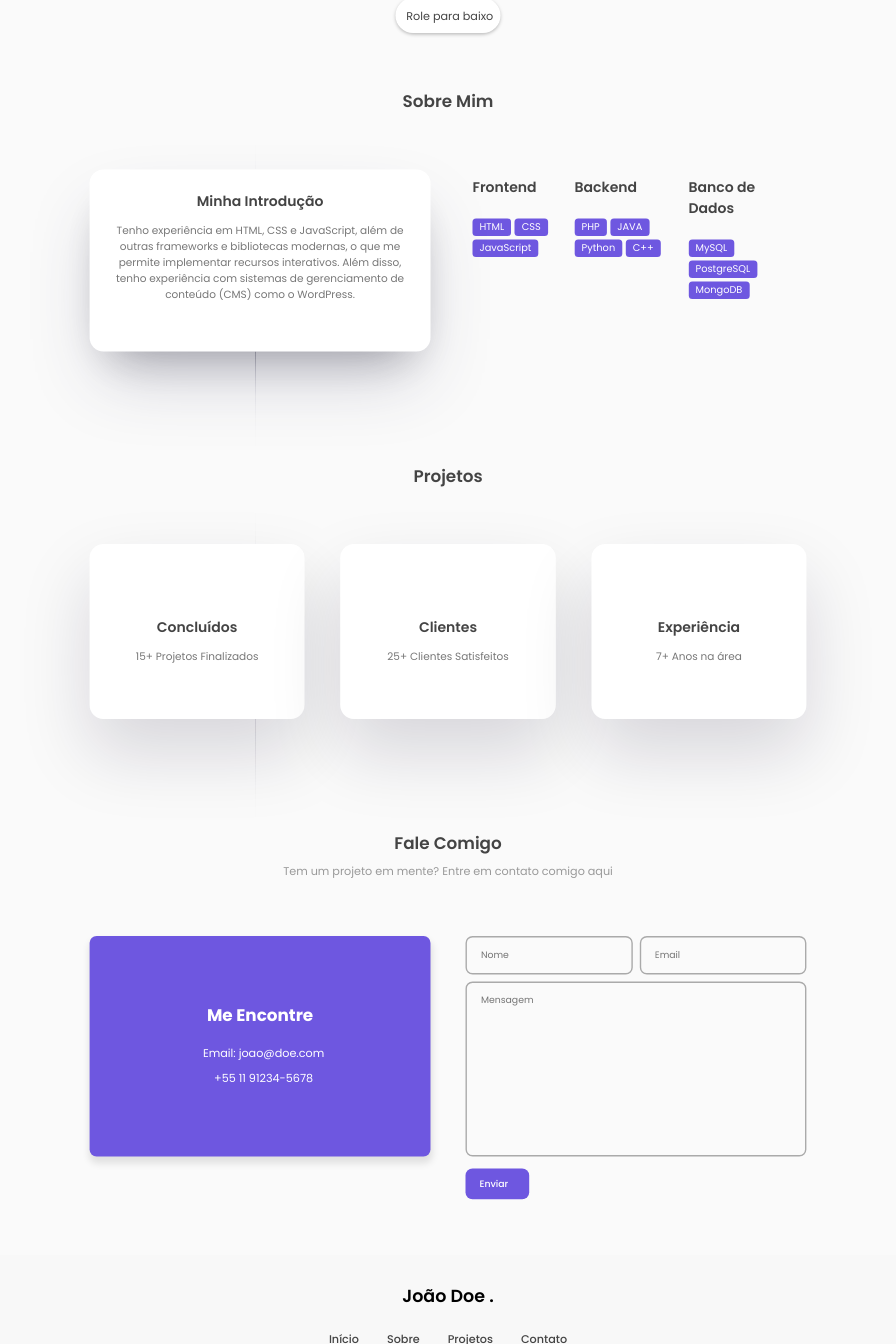
Repository: Matheus904-12/PrePortf
Page: index.html
These files come from the project's save history. The page is drawn as it stood at one moment and after the next save; the edit follows.
The browser window is 1280 px wide. The pictures show the part of the page from y = 673 to 2593 px (the page is 2790 px tall), at 70% of full size.
Some icons come from a web library that is not loaded, so they are not drawn.

Above is the page before, as saved 2023-09-29 10:53:03.

### index.html
<!DOCTYPE html>
<html lang="pt-br">

<head>
    <meta charset="UTF-8">
    <meta name="viewport" content="width=device-width, initial-scale=1.0">

    <!-- UNICONS -->
    <link rel="stylesheet" href="https://unicons.iconscout.com/release/v4.0.8/css/line.css">
    <!-- CSS -->
    <link rel="stylesheet" href="style.css">
    <!-- Adicionar favicon -->
    <link rel="shortcut icon" href="assets/images/favicon.png" type="image/x-icon">

    <title>Portfólio | Codingdev</title>
</head>

<body>
    <div class="container">
        <!-- --------------- CABEÇALHO --------------- -->
        <nav id="header">
            <div class="nav-logo">
                <p class="nav-name">Lucindo</p>
                <span>.</span>
            </div>
            <div class="nav-menu" id="myNavMenu">
                <ul class="nav_menu_list">
                    <li class="nav_list">
                        <a href="#home" class="nav-link active-link">Início</a>
                        <div class="circle"></div>
                    </li>
                    <li class="nav_list">
                        <a href="#about" class="nav-link">Sobre</a>
                        <div class="circle"></div>
                    </li>
                    <li class="nav_list">
                        <a href="#projects" class="nav-link">Projetos</a>
                        <div class="circle"></div>
                    </li>
                    <li class="nav_list">
                        <a href="#contact" class="nav-link">Contato</a>
                        <div class="circle"></div>
                    </li>
                </ul>
            </div>
            <div class="nav-menu-btn">
                <i class="uil uil-bars" onclick="myMenuFunction()"></i>
            </div>
        </nav>


        <!-- -------------- PRINCIPAL ---------------- -->
        <main class="wrapper">
            <!-- -------------- DESTAQUE ---------------- -->
            <section class="featured-box" id="home">
                <div class="featured-text">
                    <div class="featured-text-card">
                        <span>Matheus Lucindo</span>
                    </div>
                    <div class="featured-name">
                        <p>Eu sou <span class="typedText"></span></p>
                    </div>
                    <div class="featured-text-info">
                        <p>Desenvolvedor frontend experiente com paixão por criar sites visualmente
                            impressionantes e fáceis de usar.
                        </p>
                    </div>

                    <div class="social_icons">
                        <div class="icon"><i class="uil uil-instagram"></i></div>
                        <div class="icon"><i class="uil uil-linkedin-alt"></i></div>
                        <div class="icon"><i class="uil uil-twitter"></i></div>
                        <div class="icon"><i class="uil uil-github-alt"></i></div>
                        <div class="icon"><i class="uil uil-figma"></i></div> <!-- Adicionado ícone do Figma -->
                    </div>
                </div>
                <div class="featured-image">
                    <div class="image">
                        <img src="./perfil.png" alt="avatar">
                    </div>
                </div>
                <div class="scroll-icon-box">
                    <a href="#about" class="scroll-btn">
                        <i class="uil uil-mouse-alt"></i>
                        <p>Role para baixo</p>
                    </a>
                </div>

            </section>
            <!-- -------------- SOBRE ---------------- -->
            <section class="section" id="about">
                <div class="top-header">
                    <h1>Sobre Mim</h1>
                </div>
                <div class="row">
                    <div class="col">
                        <div class="about-info">
                            <h3>Minha Introdução</h3>
                            <p>Tenho experiência em HTML, CSS e JavaScript, além de outras frameworks e bibliotecas
                                modernas, o que me permite implementar recursos interativos. Além disso, tenho
                                experiência com sistemas de gerenciamento de conteúdo (CMS) como o WordPress.
                            </p>
                        </div>
                    </div>
                    <div class="col">
                        <div class="skills-box">
                            <div class="skills-header">
                                <h3>Frontend</h3>
                            </div>
                            <div class="skills-list">
                                <span>HTML</span>
                                <span>CSS</span>
                                <span>JavaScript</span>
                            </div>
                        </div>



                        <div class="skills-box">
                            <div class="skills-header">
                                <h3>Backend</h3>
                            </div>
                            <div class="skills-list">
                                <span>PHP</span>
                                <span>JAVA</span>
                                <span>Python</span>
                                <span>C++</span>
                            </div>
                        </div>
                        <div class="skills-box">
                            <div class="skills-header">
                                <h3>Banco de Dados</h3>
                            </div>
                            <div class="skills-list">
                                <span>MySQL</span>
                                <span>PostgreSQL</span>
                                <span>MongoDB</span>
                            </div>
                        </div>
                    </div>
                </div>
            </section>

            <!-- -------------- PROJETOS ---------------- -->

            <section class="section" id="projects">
                <div class="top-header">
                    <h1>Projetos</h1>
                </div>
                <div class="project-container">
                    <div class="project-box">
                        <i class="uil uil-briefcase-alt"></i>
                        <h3>Concluídos</h3>
                        <label>15+ Projetos Finalizados</label>
                    </div>
                    <div class="project-box">
                        <i class="uil uil-users-alt"></i>
                        <h3>Clientes</h3>
                        <label>25+ Clientes Satisfeitos</label>
                    </div>
                    <div class="project-box">
                        <i class="uil uil-award"></i>
                        <h3>Experiência</h3>
                        <label>7+ Anos na área</label>
                    </div>
                </div>
            </section>

            <!-- -------------- CONTATO ---------------- -->

            <section class="section" id="contact">
                <div class="top-header">
                    <h1>Fale Comigo</h1>
                    <span>Tem um projeto em mente? Entre em contato comigo aqui</span>
                </div>
                <div class="row">
                    <div class="col">
                        <div class="contact-info">
                            <h2>Me Encontre <i class="uil uil-corner-right-down"></i></h2>
                            <p><i class="uil uil-envelope"></i> Email: joao@doe.com</p>
                            <p><i class="uil uil-phone"></i> +55 11 91234-5678</p>
                        </div>
                    </div>
                    <div class="col">
                        <div class="form-control">
                            <div class="form-inputs">
                                <input type="text" class="input-field" placeholder="Nome">
                                <input type="text" class="input-field" placeholder="Email">
                            </div>
                            <div class="text-area">
                                <textarea placeholder="Mensagem"></textarea>
                            </div>
                            <div class="form-button">
                                <button class="btn">Enviar <i class="uil uil-message"></i></button>
                            </div>
                        </div>
                    </div>
                </div>
            </section>

        </main>


        <!-- --------------- RODAPÉ --------------- -->
        <footer>
            <div class="top-footer">
                <p>João Doe .</p>
            </div>
            <div class="middle-footer">
                <ul class="footer-menu">
                    <li class="footer_menu_list">
                        <a href="#home">Início</a>
                    </li>
                    <li class="footer_menu_list">
                        <a href="#about">Sobre</a>
                    </li>
                    <li class="footer_menu_list">
                        <a href="#projects">Projetos</a>
                    </li>
                    <li class="footer_menu_list">
                        <a href="#contact">Contato</a>
                    </li>
                </ul>
            </div>
            <div class="footer-social-icons">
                <div class="icon"><i class="uil uil-instagram"></i></div>
                <div class="icon"><i class="uil uil-linkedin-alt"></i></div>
                <div class="icon"><i class="uil uil-twitter"></i></div>
                <div class="icon"><i class="uil uil-github-alt"></i></div>
                <div class="icon"><i class="uil uil-figma"></i></div> <!-- Adicionado ícone do Figma -->
            </div>
            <div class="bottom-footer">
                <p>Direitos Autorais &copy; <a href="#home" style="text-decoration: none;">João Doe</a> - Todos os direitos
                    reservados
                </p>
            </div>
        </footer>

    </div>

    <!-- ----- TYPING JS Link ----- -->
    <script src="https://unpkg.com/typed.js@2.0.16/dist/typed.umd.js"></script>

    <!-- ----- SCROLL REVEAL JS Link----- -->
    <script src="https://unpkg.com/scrollreveal"></script>

    <!-- ----- MAIN JS ----- -->
    <script src="./script.js"></script>
</body>

</html>

Loaded but not shown: script.js (117 lines, source omitted); style.css (636 lines, source omitted)

After the next save:
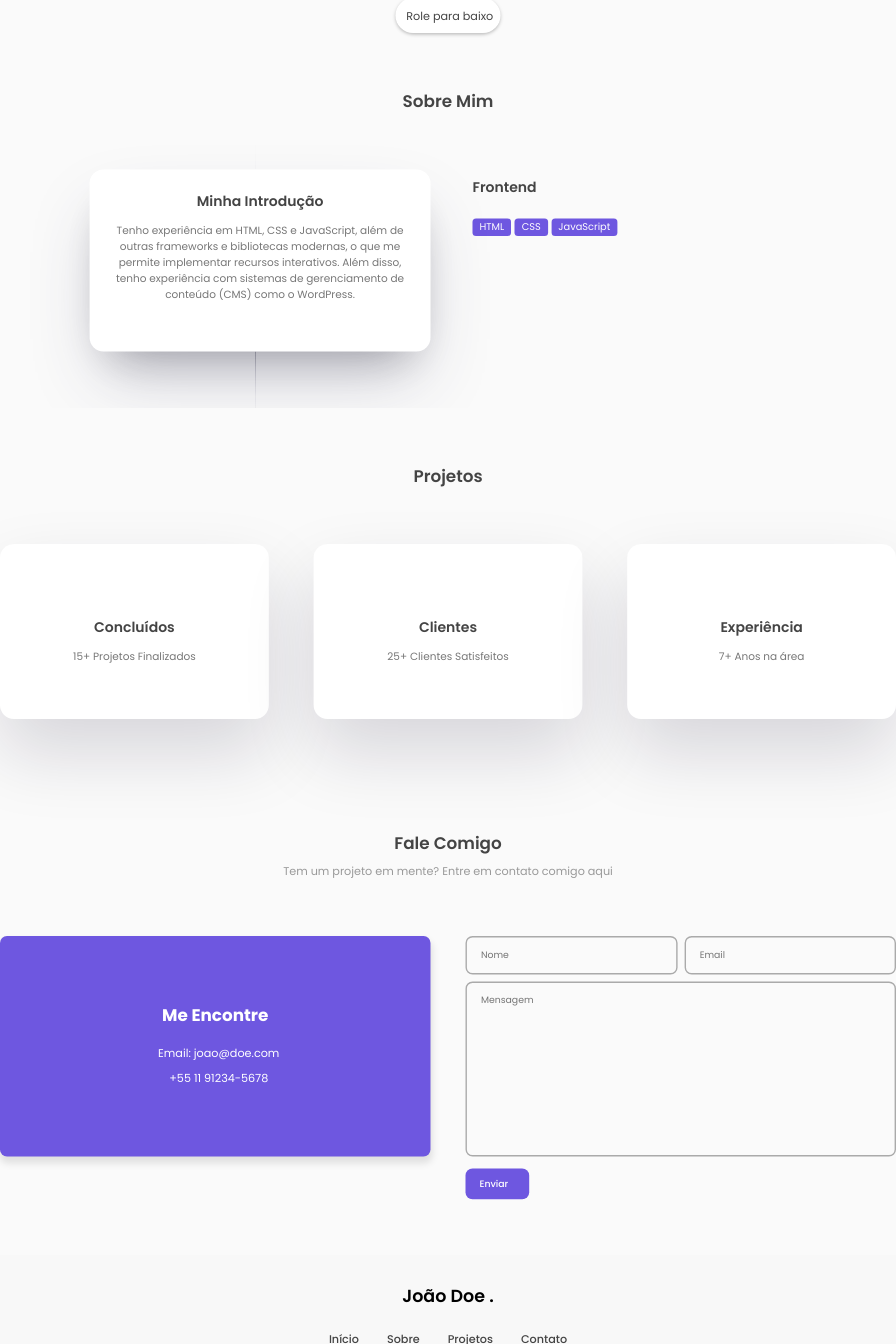
Saved 9 s later.
--- a/index.html
+++ b/index.html
@@ -116,26 +116,7 @@
 
 
 
-                        <div class="skills-box">
-                            <div class="skills-header">
-                                <h3>Backend</h3>
-                            </div>
-                            <div class="skills-list">
-                                <span>PHP</span>
-                                <span>JAVA</span>
-                                <span>Python</span>
-                                <span>C++</span>
-                            </div>
-                        </div>
-                        <div class="skills-box">
-                            <div class="skills-header">
-                                <h3>Banco de Dados</h3>
-                            </div>
-                            <div class="skills-list">
-                                <span>MySQL</span>
-                                <span>PostgreSQL</span>
-                                <span>MongoDB</span>
-                            </div>
+
                         </div>
                     </div>
                 </div>

After the save that followed:
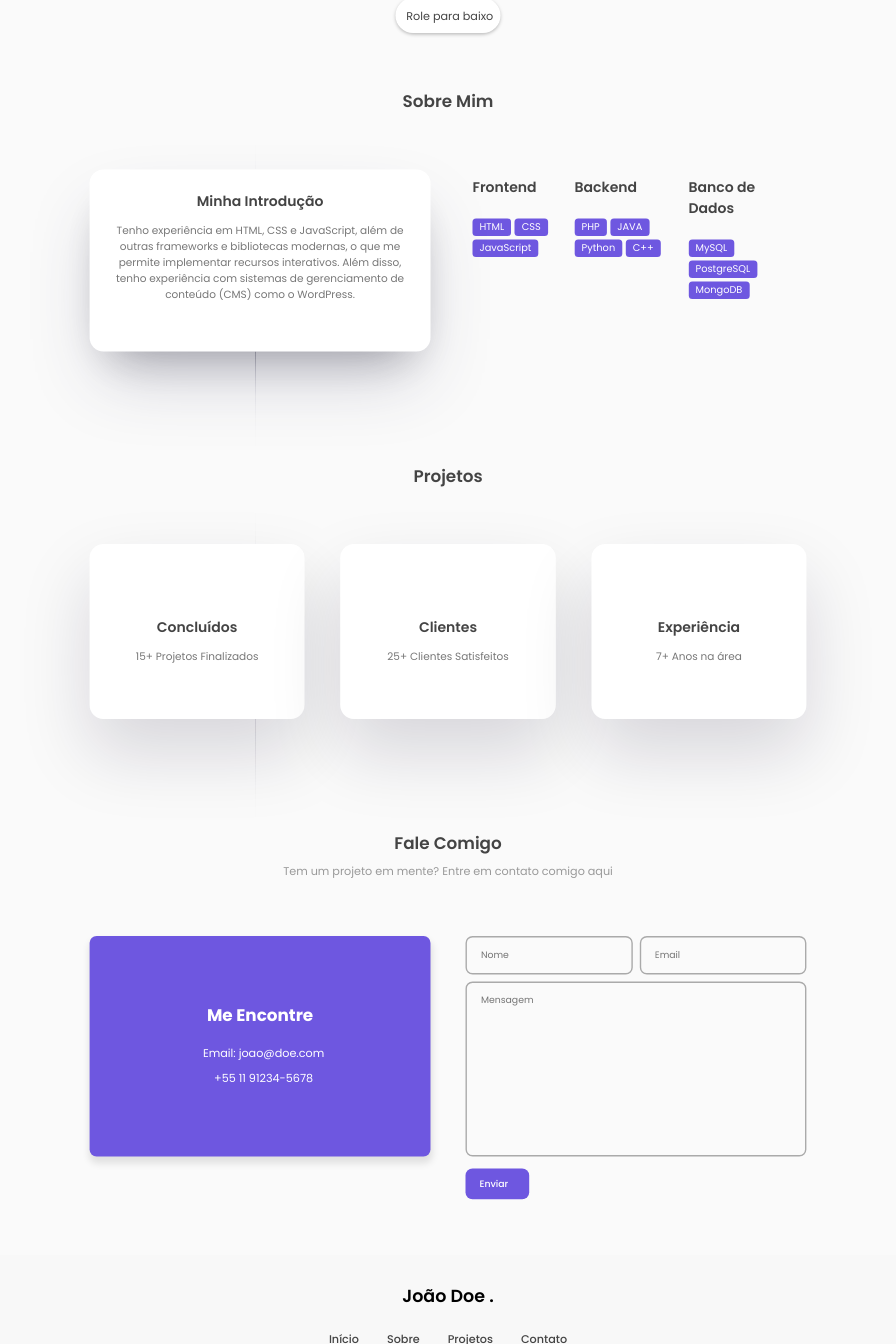
Saved 6 s later.
--- a/index.html
+++ b/index.html
@@ -116,7 +116,26 @@
 
 
 
-
+                        <div class="skills-box">
+                            <div class="skills-header">
+                                <h3>Backend</h3>
+                            </div>
+                            <div class="skills-list">
+                                <span>PHP</span>
+                                <span>JAVA</span>
+                                <span>Python</span>
+                                <span>C++</span>
+                            </div>
+                        </div>
+                        <div class="skills-box">
+                            <div class="skills-header">
+                                <h3>Banco de Dados</h3>
+                            </div>
+                            <div class="skills-list">
+                                <span>MySQL</span>
+                                <span>PostgreSQL</span>
+                                <span>MongoDB</span>
+                            </div>
                         </div>
                     </div>
                 </div>
